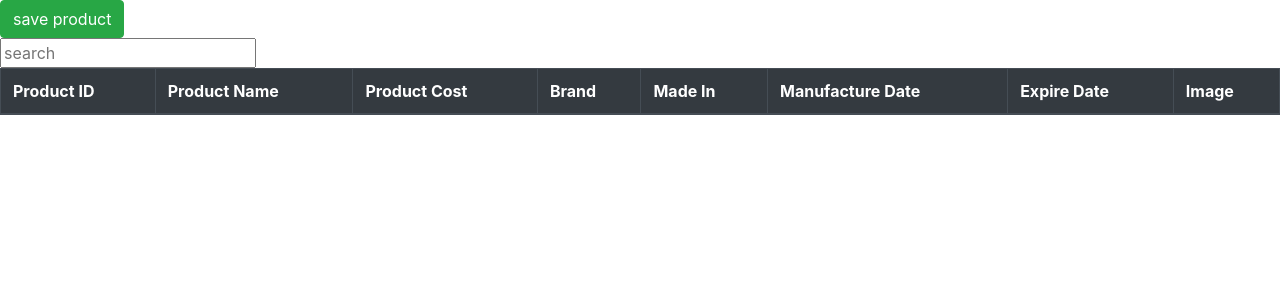
Repository: kamisettiprasanna/AdvJavaPrograms
Page: http://localhost/ProductManagementApp/productList.jsp
An editor plug-in stored every save of this project. The page is shown before and after the next save, followed by the edit.
The browser window is 1280 px wide. The pictures show the whole page.
The page is served by Tomcat 9. Queries for data that is not in the repository find no rows.

Above is the page before, as saved 2024-03-06 06:41:48.

After the next save:
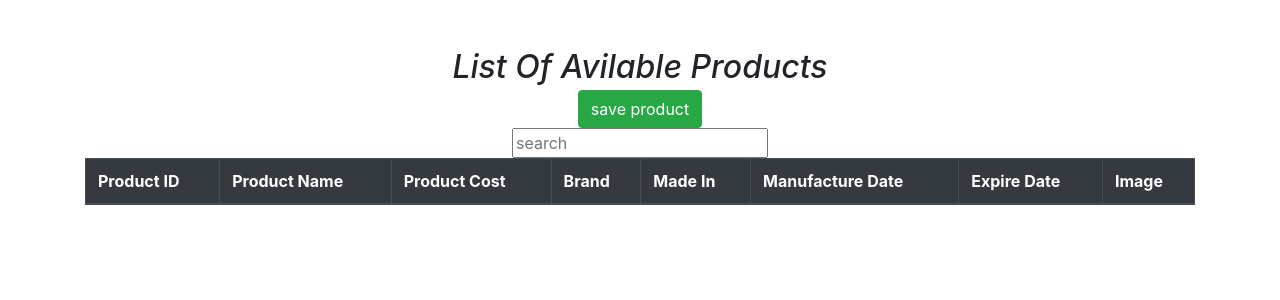
Saved 103 s later.
--- a/ProductManagementApp/src/main/webapp/productList.jsp
+++ b/ProductManagementApp/src/main/webapp/productList.jsp
@@ -13,11 +13,18 @@
 
 </head>
 <body>
-<div>
+<div class="container mt-5 text-center">
+        <h2 class="text-center font-italic mb-1">List Of Avilable Products  </h2>
+
+
+   <div>
  <input type="submit" class="btn btn-success" value="save product"/>
+ </div>
+
 <div>
 <input type="text" placeholder="search">
 </div>
+
 <table class="table table-bordered table-striped">
 
 <thead class="thead-dark">
